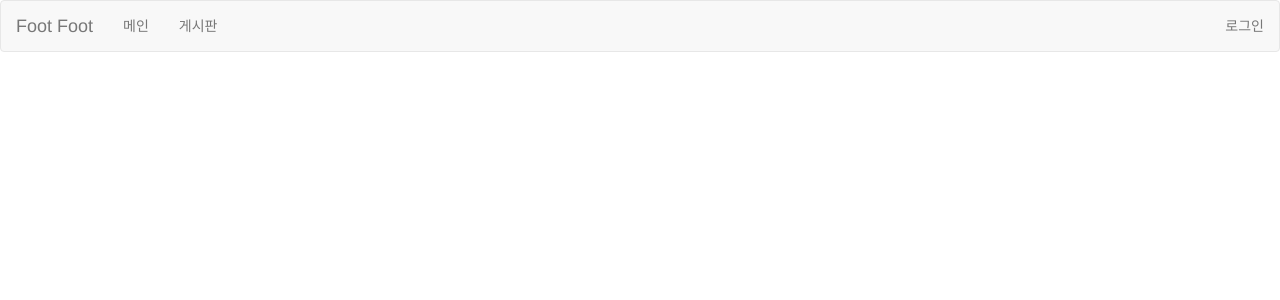
Repository: YuJunHa1/footfoot
Page: http://localhost/footfoot/main.jsp
These files come from the project's save history. The page is drawn as it stood at one moment and after the next save; the edit follows.
The browser window is 1280 px wide. The pictures show the whole page.
Some web libraries are served in a nearby version. The page is served by Tomcat 9.

Above is the page before, as saved 2024-10-05 07:18:04.

After the next save:
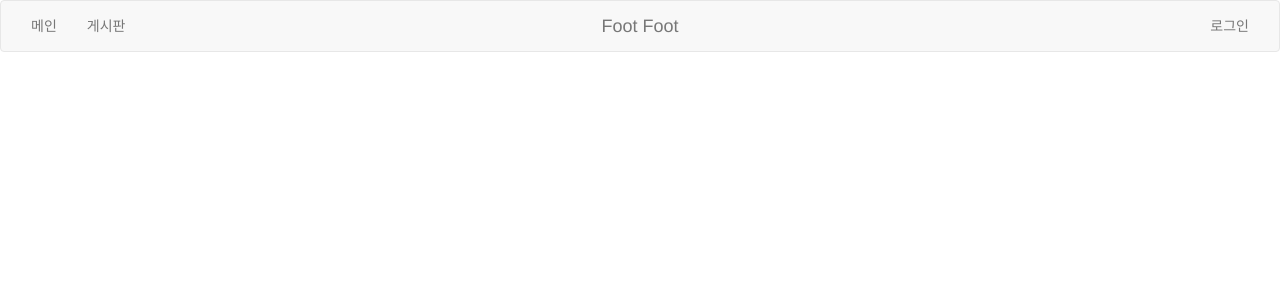
Saved 2 min 10 s later.
--- a/footfoot/src/main/webapp/main.jsp
+++ b/footfoot/src/main/webapp/main.jsp
@@ -7,6 +7,17 @@
 <meta name="viewport" content="text/html; initial-scale=1">
 <link rel="stylesheet" href="css/bootstrap.css">
 <title>footfoot</title>
+<style>
+  .navbar-brand {
+    position: absolute;
+    left: 50%;
+    transform: translateX(-50%);
+  }
+  .navbar-nav {
+    margin-left: auto;
+    margin-right: auto;
+  }
+</style>
 </head>
 <body>
 	<nav class="navbar navbar-default">
